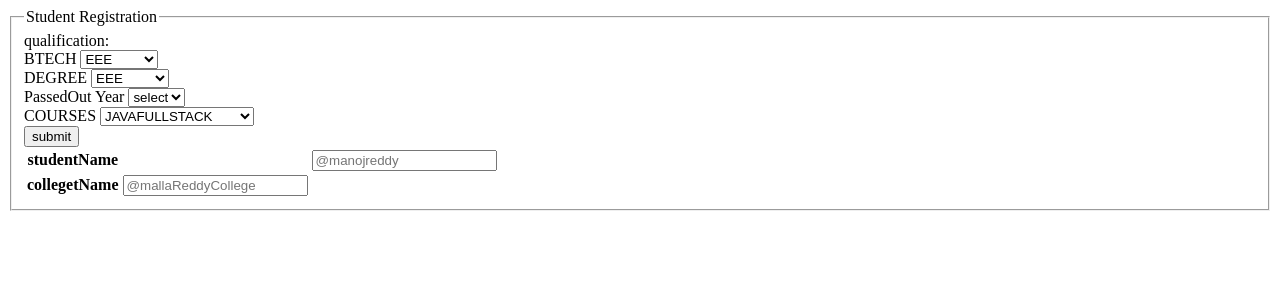
Repository: JanapatlaManojReddy/java
Page: http://localhost/institutionProject/StudentRegistration.jsp
These files come from the project's save history. The page is drawn as it stood at one moment and after the next save; the edit follows.
The browser window is 1280 px wide. The pictures show the whole page.
The page is served by Tomcat 9.

Above is the page before, as saved 2023-08-19 12:52:23.

After the next save:
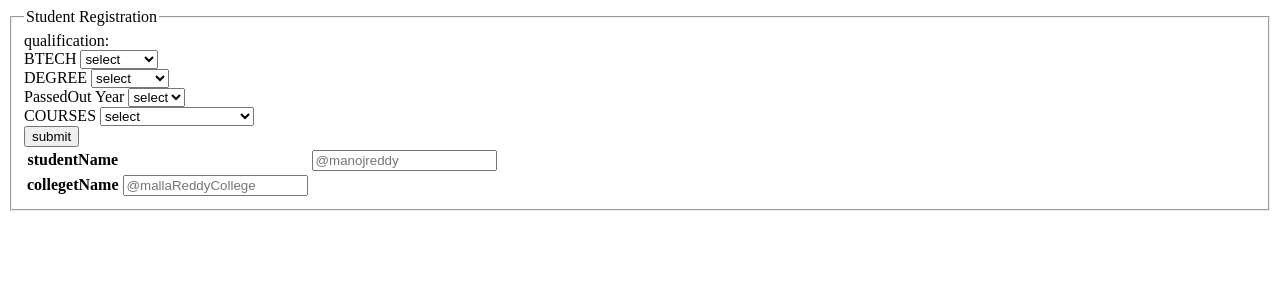
Saved 42 s later.
--- a/institutionProject/src/main/webapp/StudentRegistration.jsp
+++ b/institutionProject/src/main/webapp/StudentRegistration.jsp
@@ -37,6 +37,7 @@
 <div>
 <lable for="stream">BTECH</lable>
 <select id ="stream" name="stream" >
+<option value="select" selected>select</option>
 <option value ="EEE">EEE</option>
 <option value ="ECE">ECE</option>
 <option value ="CSE">CSE</option>
@@ -48,6 +49,7 @@
 <div>
 <lable for="stream">DEGREE</lable>
 <select id ="stream" name="stream" >
+<option value="select" selected>select</option>
 <option value ="EEE">EEE</option>
 <option value ="ECE">ECE</option>
 <option value ="CSE">CSE</option>
@@ -73,6 +75,7 @@
 <div>
 <lable for="courses">COURSES</lable>
 <select id ="courses" name="courses">
+<option value="select" selected>select</option>
 <option value="JAVAFULLSTACK">JAVAFULLSTACK </option>
 <option value="PYTHONFULLSTACK">PYTHONFULLSTACK </option>
 <option value="JAVA">JAVA</option>
